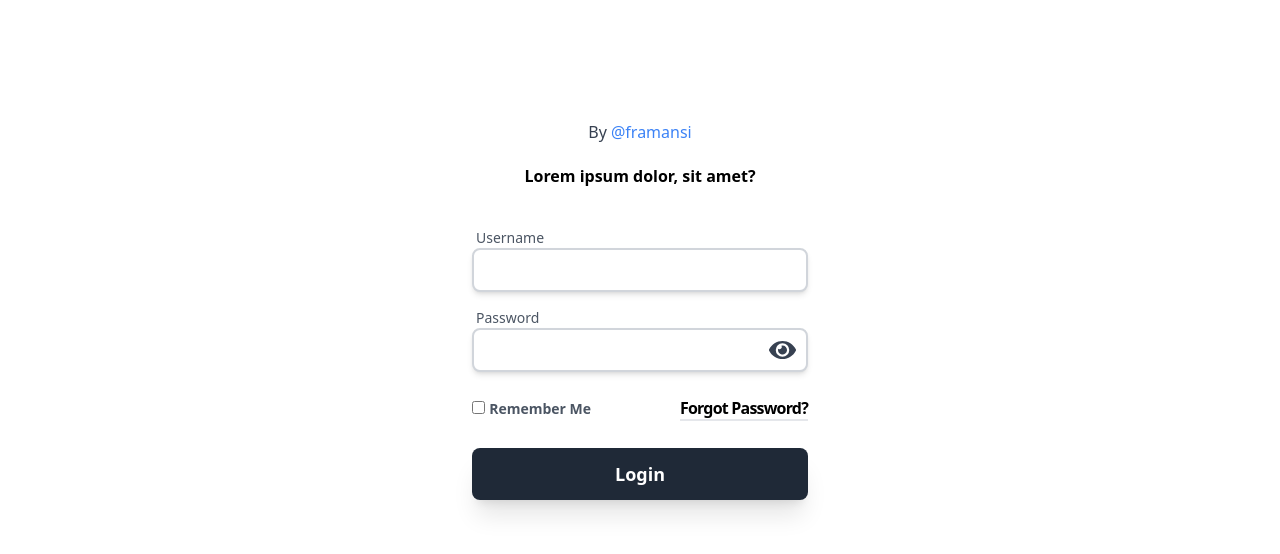
Repository: jeffairsonn/Urges
Page: index.html
The author's editor kept a copy of each file at every save. The page is drawn from the files as they stood at one save, then again after the next save.
The browser window is 1280 px wide. The pictures show the whole page.
Some web libraries are served in a nearby version.

Above is the page before, as saved 2022-07-14 18:35:58.

### index.html
<html>

<head>
	<meta charset="utf-8">
	<meta name="viewport" content="width=device-width, initial-scale=1">
	<title>Urges - Connexion</title>
	<script src="https://cdn.tailwindcss.com"></script>
	<script src="https://cdn.jsdelivr.net/gh/alpinejs/alpine@v2.x.x/dist/alpine.js" defer></script>
</head>

<body>

	<div class="container max-w-full mx-auto py-24 px-6">
		<div class="font-sans">
			<div class="max-w-sm mx-auto px-6">
				<div class="relative flex flex-wrap">
					<div class="w-full relative">
						<div class="mt-6">
							<div class="mb-5 pb-1border-b-2 text-center font-base text-gray-700">
								<span>By <a class="text-blue-500"
										href="https://twitter.com/framansi">@framansi</a></span>
							</div>
							<div class="text-center font-semibold text-black">
								Lorem ipsum dolor, sit amet?
							</div>

							<form class="mt-8">
								<div class="mx-auto max-w-lg">
									<div class="py-2">
										<span class="px-1 text-sm text-gray-600">Username</span>
										<input placeholder="" type="text"
											class="text-md block px-3 py-2  rounded-lg w-full
                bg-white border-2 border-gray-300 placeholder-gray-600 shadow-md focus:placeholder-gray-500 focus:bg-white focus:border-gray-600 focus:outline-none">
									</div>
									<div class="py-2" x-data="{ show: true }">
										<span class="px-1 text-sm text-gray-600">Password</span>
										<div class="relative">
											<input placeholder="" :type="show ? 'password' : 'text'" class="text-md block px-3 py-2 rounded-lg w-full
                bg-white border-2 border-gray-300 placeholder-gray-600 shadow-md
                focus:placeholder-gray-500
                focus:bg-white
                focus:border-gray-600
                focus:outline-none">
											<div
												class="absolute inset-y-0 right-0 pr-3 flex items-center text-sm leading-5">

												<svg class="h-6 text-gray-700" fill="none" @click="show = !show"
													:class="{'hidden': !show, 'block':show }"
													xmlns="http://www.w3.org/2000/svg" viewbox="0 0 576 512">
													<path fill="currentColor"
														d="M572.52 241.4C518.29 135.59 410.93 64 288 64S57.68 135.64 3.48 241.41a32.35 32.35 0 0 0 0 29.19C57.71 376.41 165.07 448 288 448s230.32-71.64 284.52-177.41a32.35 32.35 0 0 0 0-29.19zM288 400a144 144 0 1 1 144-144 143.93 143.93 0 0 1-144 144zm0-240a95.31 95.31 0 0 0-25.31 3.79 47.85 47.85 0 0 1-66.9 66.9A95.78 95.78 0 1 0 288 160z">
													</path>
												</svg>

												<svg class="h-6 text-gray-700" fill="none" @click="show = !show"
													:class="{'block': !show, 'hidden':show }"
													xmlns="http://www.w3.org/2000/svg" viewbox="0 0 640 512">
													<path fill="currentColor"
														d="M320 400c-75.85 0-137.25-58.71-142.9-133.11L72.2 185.82c-13.79 17.3-26.48 35.59-36.72 55.59a32.35 32.35 0 0 0 0 29.19C89.71 376.41 197.07 448 320 448c26.91 0 52.87-4 77.89-10.46L346 397.39a144.13 144.13 0 0 1-26 2.61zm313.82 58.1l-110.55-85.44a331.25 331.25 0 0 0 81.25-102.07 32.35 32.35 0 0 0 0-29.19C550.29 135.59 442.93 64 320 64a308.15 308.15 0 0 0-147.32 37.7L45.46 3.37A16 16 0 0 0 23 6.18L3.37 31.45A16 16 0 0 0 6.18 53.9l588.36 454.73a16 16 0 0 0 22.46-2.81l19.64-25.27a16 16 0 0 0-2.82-22.45zm-183.72-142l-39.3-30.38A94.75 94.75 0 0 0 416 256a94.76 94.76 0 0 0-121.31-92.21A47.65 47.65 0 0 1 304 192a46.64 46.64 0 0 1-1.54 10l-73.61-56.89A142.31 142.31 0 0 1 320 112a143.92 143.92 0 0 1 144 144c0 21.63-5.29 41.79-13.9 60.11z">
													</path>
												</svg>

											</div>
										</div>
									</div>
									<div class="flex justify-between"><label
											class="block text-gray-500 font-bold my-4"><input type="checkbox"
												class="leading-loose text-pink-600"> <span
												class="py-2 text-sm text-gray-600 leading-snug"> Remember
												Me </span></label> <label class="block text-gray-500 font-bold my-4"><a
												href="#"
												class="cursor-pointer tracking-tighter text-black border-b-2 border-gray-200 hover:border-gray-400"><span>Forgot
													Password?</span></a></label></div> <button class="mt-3 text-lg font-semibold
                bg-gray-800 w-full text-white rounded-lg
                px-6 py-3 block shadow-xl hover:text-white hover:bg-black">
										Login
									</button>
								</div>
							</form>

						</div>
					</div>
				</div>
			</div>
		</div>
	</div>
</body>


<!-- <!DOCTYPE html>
<html>
<head>
	<meta charset="utf-8">
	<meta name="viewport" content="width=device-width, initial-scale=1">
	<title>Urges - Connexion</title>
</head>
<body>

<center><fieldset style="width:360px;">
	<form method="post" action=functions/connexion.php>
		<input type="text" name="login"><br>
		<input type="password" name="pass"><br>
		<center><input type="submit" name="Valider" value="Valider"></center>
	</form>
</fieldset></center>




</body>
</html> -->

After the next save:
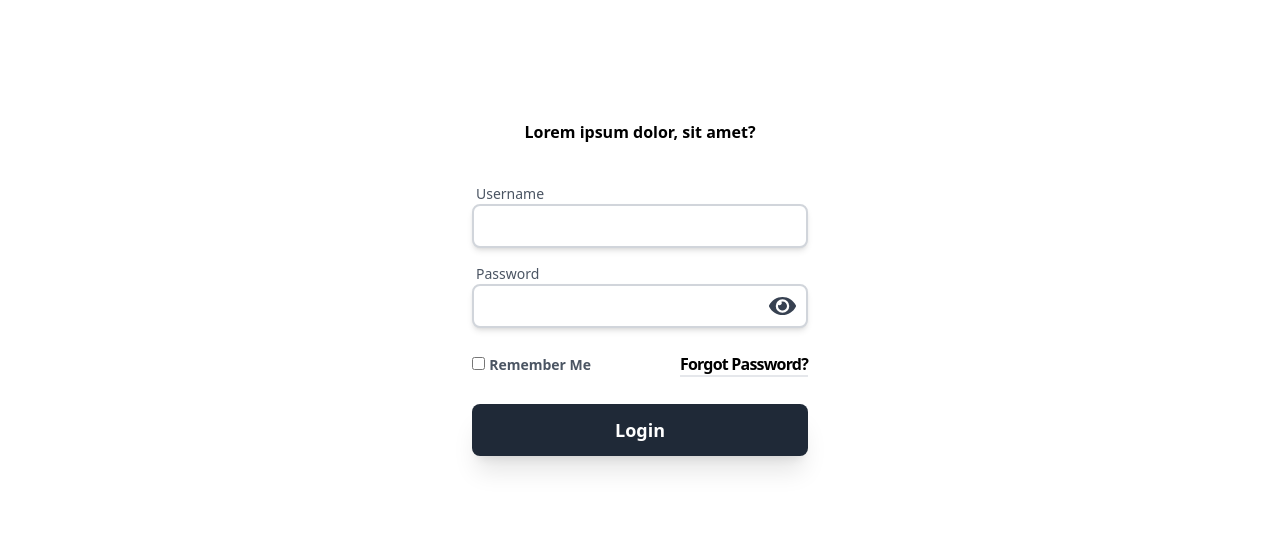
Saved 2 min 22 s later.
--- a/index.html
+++ b/index.html
@@ -16,10 +16,6 @@
 				<div class="relative flex flex-wrap">
 					<div class="w-full relative">
 						<div class="mt-6">
-							<div class="mb-5 pb-1border-b-2 text-center font-base text-gray-700">
-								<span>By <a class="text-blue-500"
-										href="https://twitter.com/framansi">@framansi</a></span>
-							</div>
 							<div class="text-center font-semibold text-black">
 								Lorem ipsum dolor, sit amet?
 							</div>
